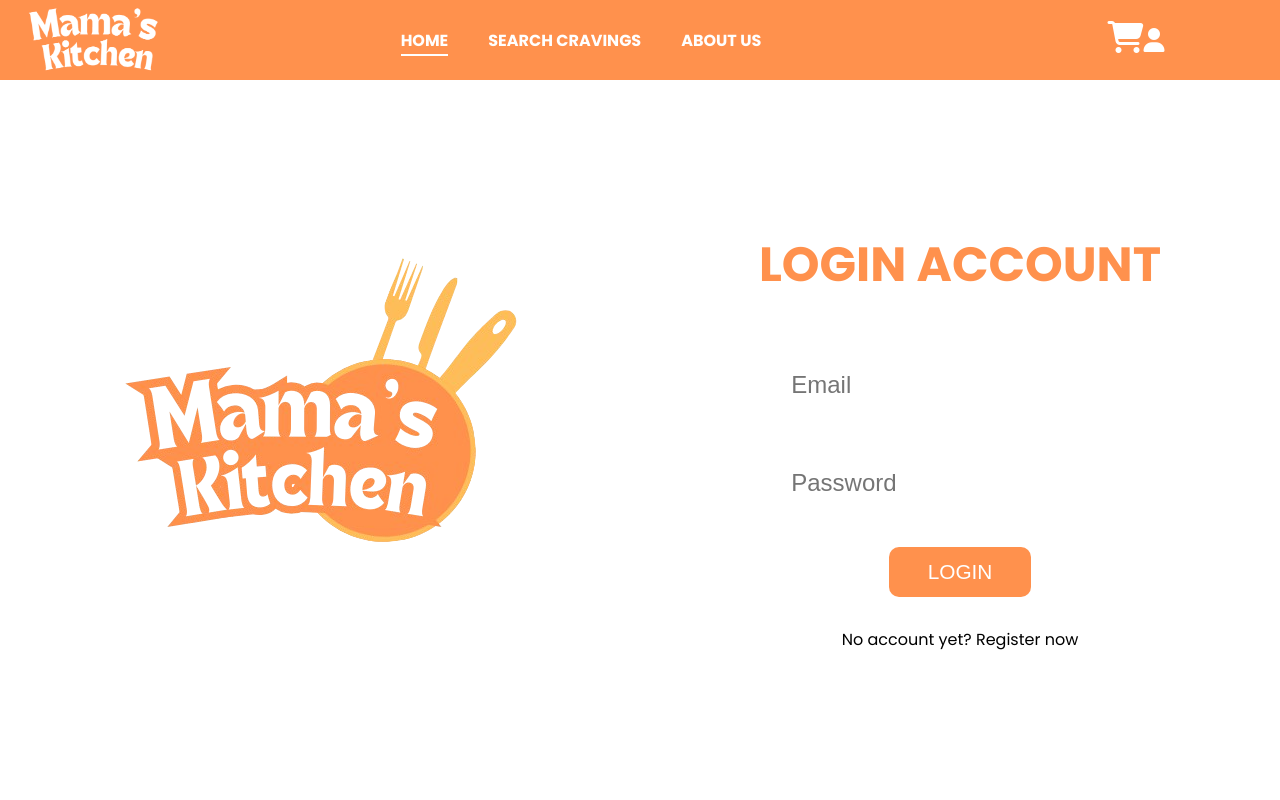
Repository: KarlBautista/mamaskitchen
Page: /login (app in frontend/)
These files come from the project's save history. The page is drawn as it stood at one moment and after a run of saves; the edit follows.
The browser window is 1280 px wide. The pictures show the whole page.
Some web fonts or font styles are not loaded; a fallback is used. Some web libraries are served in a nearby version. The project was rebuilt for these pictures with package versions that can differ from the ones it lists, and the page was loaded fresh each time. Some packages were replaced by stand-ins written for this rebuild. Also part of the build but not shown: frontend/src/components/VideoPlatform.jsx, frontend/src/components/Home.jsx, frontend/src/components/Register.jsx, frontend/src/styles/search-cravings.css, frontend/src/components/SearchCravings.jsx, frontend/src/components/AboutUs.jsx, frontend/src/styles/profile.css, frontend/src/components/Profile.jsx and 3 more. Imported but missing from the stored project, and not drawn on this page: frontend/src/videos/Landing-Video.mp4, frontend/src/videos/jollibee-1.mp4.

Above is the page before, as saved 2025-01-03 22:43:06.

### frontend/public/index.html
<!DOCTYPE html>
<html lang="en">
  <head>
    <meta charset="utf-8" />
    <link rel="icon" href="%PUBLIC_URL%/favicon.ico" />
    <link rel="stylesheet" href="https://cdnjs.cloudflare.com/ajax/libs/font-awesome/6.6.0/css/all.min.css" integrity="sha512-Kc323vGBEqzTmouAECnVceyQqyqdsSiqLQISBL29aUW4U/M7pSPA/gEUZQqv1cwx4OnYxTxve5UMg5GT6L4JJg==" crossorigin="anonymous" referrerpolicy="no-referrer" />
    <meta name="viewport" content="width=device-width, initial-scale=1" />

    <meta name="theme-color" content="#000000" />
    <meta
      name="description"
      content="Web site created using create-react-app"
    />
    <link rel="apple-touch-icon" href="%PUBLIC_URL%/logo192.png" />
    <!--
      manifest.json provides metadata used when your web app is installed on a
      user's mobile device or desktop. See https://developers.google.com/web/fundamentals/web-app-manifest/
    -->
    <link rel="manifest" href="%PUBLIC_URL%/manifest.json" />
    <!--
      Notice the use of %PUBLIC_URL% in the tags above.
      It will be replaced with the URL of the `public` folder during the build.
      Only files inside the `public` folder can be referenced from the HTML.

      Unlike "/favicon.ico" or "favicon.ico", "%PUBLIC_URL%/favicon.ico" will
      work correctly both with client-side routing and a non-root public URL.
      Learn how to configure a non-root public URL by running `npm run build`.
    -->
    <title>React App</title>
  </head>
  <body>
    <noscript>You need to enable JavaScript to run this app.</noscript>
    <div id="root"></div>
    <!--
      This HTML file is a template.
      If you open it directly in the browser, you will see an empty page.

      You can add webfonts, meta tags, or analytics to this file.
      The build step will place the bundled scripts into the <body> tag.

      To begin the development, run `npm start` or `yarn start`.
      To create a production bundle, use `npm run build` or `yarn build`.
    -->
  </body>
</html>

### frontend/src/contexts/UserContext.jsx
import React, { createContext, useContext, useState, useEffect } from "react";

// Create a Context for the user
export const UserContext = createContext();

// Custom hook to use the UserContext
export const useUserContext = () => {
    const context = useContext(UserContext);
    if (!context) {
        throw new Error("useUserContext must be used within a UserProvider");
    }
    return context;
};

export const UserProvider = ({ children }) => {
    const [user, setUser] = useState(null);
    const [cart, setCart] = useState([]);

    // Check localStorage for user data and cart data on initial load
    useEffect(() => {
        const storedUser = JSON.parse(localStorage.getItem("user"));
        const storedCart = JSON.parse(localStorage.getItem("cart")) || [];
        if (storedUser) {
            setUser(storedUser);
        }
        setCart(storedCart);
    }, []);

    const login = (userData) => {
        setUser(userData);
        localStorage.setItem("user", JSON.stringify(userData));
    };

    const logout = () => {
        setUser(null);
        localStorage.removeItem("user");
        clearCart();
    };

    const addToCart = (item) => {
        setCart((prevCart) => {
            const updatedCart = [...prevCart, item];
            localStorage.setItem("cart", JSON.stringify(updatedCart));
            return updatedCart;
        });
    };

    const clearCart = () => {
        setCart([]);
        localStorage.removeItem("cart");
    };

    return (
        <UserContext.Provider value={{ user, login, logout, cart, setCart, addToCart, clearCart }}>
        {children}
    </UserContext.Provider>
    );
};

### frontend/src/components/Header.jsx
import "../styles/header.css";
import { Link, useNavigate } from "react-router-dom";
import { useContext, useState, useEffect } from "react";
import { UserContext } from "../contexts/UserContext"; // Import the context
import headerlogo from "../images/Header-Logo.png";
import headerLogoScroll from "../images/Header-Logo-Scroll.png";

function Header() {
    const { user, logout } = useContext(UserContext); // Use context to get user data
    const [activeLink, setActiveLink] = useState('/');
    const [isScrolled, setIsScrolled] = useState(false);
    const [showHeader, setShowHeader] = useState(true);
    const [isDropdownOpen, setIsDropdownOpen] = useState(false);

    const navigate = useNavigate();

    useEffect(() => {
        let lastScrollY = window.scrollY;

        const handleScroll = () => {
            const currentScrollY = window.scrollY;
            if (currentScrollY > lastScrollY && currentScrollY > 50) {
                setShowHeader(false);
            } else if (currentScrollY < lastScrollY) {
                setShowHeader(true);
            }
            setIsScrolled(currentScrollY > 50);
            lastScrollY = currentScrollY;
        };

        window.addEventListener("scroll", handleScroll);
        return () => window.removeEventListener("scroll", handleScroll);
    }, []);

    const handleLinkClick = (link) => {
        setActiveLink(link);
        setIsDropdownOpen(false);
    };

    const toggleDropdown = () => {
        setActiveLink("user");
        setIsDropdownOpen((prev) => !prev);
    };

    const handleAccountSettings = () => {
        setIsDropdownOpen(false);
        navigate("/profile");
    };

    const handleLogout = () => {
        logout();
        setIsDropdownOpen(false);
        navigate("/");
    };

    return (
        <div
            className={`header-container ${
                isScrolled ? "scrolled" : ""
            } ${showHeader ? "visible" : "hidden"}`}
        >
            <div className="header-logo">
                <Link to="/">
                    <img
                        src={isScrolled ? headerLogoScroll : headerlogo}
                        alt="Mama's Kitchen Logo"
                        className="header-logo-image"
                    />
                </Link>
            </div>

            <div className="header-links">
                {user?.user_type === "admin" ? (
                    <>
                        <Link
                            to="/adminDashboard"
                            className={activeLink === "/adminDashboard" ? "active" : ""}
                            onClick={() => handleLinkClick("/adminDashboard")}
                        >
                            Dashboard
                        </Link>
                        <Link
                            to="/menu"
                            className={activeLink === "/menu" ? "active" : ""}
                            onClick={() => handleLinkClick("/menu")}
                        >
                            Menu
                        </Link>
                        <Link
                            to="/notifications"
                            className={activeLink === "/notifications" ? "active" : ""}
                            onClick={() => handleLinkClick("/notifications")}
                        >
                            Notifications
                        </Link>
                    </>
                ) : (
                    <>
                        <Link
                            to="/"
                            className={activeLink === "/" ? "active" : ""}
                            onClick={() => handleLinkClick("/")}
                        >
                            Home
                        </Link>
                        <Link
                            to="/search-cravings"
                            className={activeLink === "/search-cravings" ? "active" : ""}
                            onClick={() => handleLinkClick("/search-cravings")}
                        >
                            Search Cravings
                        </Link>
                        <Link
                            to="/about-us"
                            className={activeLink === "/about-us" ? "active" : ""}
                            onClick={() => handleLinkClick("/about-us")}
                        >
                            About Us
                        </Link>

                    </>
                )}
            </div>
            <div className="header-last">
                <div
                    className={`user-dropdown ${
                        activeLink === "user" ? "active" : ""
                    }`}
                >
                     <Link
                            to="/cart"
                            className={activeLink === "/cart" ? "active" : ""}
                            onClick={() => handleLinkClick("/cart")}
                        >
                            <i className="fa-solid fa-cart-shopping bayong"></i>
                        </Link>
                    <i className="fas fa-user" onClick={toggleDropdown}></i>
                    {isDropdownOpen && (
                        <div className="dropdown-content">
                            {user ? (
                                <>
                                    <span
                                        onClick={handleAccountSettings}
                                        className="dropdown-item"
                                    >
                                        Account Settings
                                    </span>
                                    <span
                                        onClick={handleLogout}
                                        className="dropdown-item"
                                    >
                                        Logout
                                    </span>
                                </>
                            ) : (
                                <>
                                    <Link
                                        to="/login"
                                        onClick={() => handleLinkClick("/login")}
                                        className="dropdown-item"
                                    >
                                        Login
                                    </Link>
                                    <Link
                                        to="/register"
                                        onClick={() =>
                                            handleLinkClick("/register")
                                        }
                                        className="dropdown-item"
                                    >
                                        Register
                                    </Link>
                                </>
                            )}
                        </div>
                    )}
                </div>
            </div>
        </div>
    );
}

export default Header;

### frontend/src/components/Login.jsx
import "../styles/register.css";
import Foodly from "../images/Foodly.png";
import React, { useState } from "react";
import { useNavigate } from "react-router-dom";
import axios from "axios";
import Swal from "sweetalert2";
import { useUserContext } from "../contexts/UserContext";

function Login() {
    const { login } = useUserContext();
    const [customer, setCustomer] = useState({
        email: "",
        password: "",
    });

    const navigate = useNavigate();

    const handleChange = (e) => {
        setCustomer((prev) => ({ ...prev, [e.target.name]: e.target.value }));
    };

    const handleClick = async (e) => {
        e.preventDefault();



        try {
            const response = await axios.post("http://localhost:8800/login", customer);

            if (response.data.success) {
                const user = response.data.user; // Logged-in user's data
                if(user.user_type === "admin"){
                    Swal.fire({
                        position: "center",
                        icon: "success",
                        title: `Welcome back, ${user.first_name}!`,
                        showConfirmButton: false,
                        timer: 2000,
                    });

                    login(user);
                    navigate("/adminDashboard");


                }

                Swal.fire({
                    position: "center",
                    icon: "success",
                    title: `Welcome back, ${user.first_name}!`,
                    showConfirmButton: false,
                    timer: 2000,
                });



                // Save logged-in user info in context and localStorage
                login(user);

                // Redirect user to the profile page
                navigate("/profile");
            } else {
                Swal.fire({
                    position: "center",
                    icon: "error",
                    title: "Invalid email or password.",
                    showConfirmButton: false,
                    timer: 2000,
                });
            }
        } catch (err) {
            Swal.fire({
                position: "center",
                icon: "error",
                title: "Server error. Please try again.",
                showConfirmButton: false,
                timer: 2000,
            });
            console.error(err);
        }
    };

    return (
        <div className="register-container">
            <div className="left-container">
                <img src={Foodly} alt="Foodly Logo" />
            </div>
            <div className="right-container">
                <div className="register-form">
                    <p className="register-title">Login Account</p>
                    <form className="registration">
                        <input
                            type="email"
                            placeholder="Email"
                            onChange={handleChange}
                            name="email"
                            value={customer.email}
                        />
                        <input
                            type="password"
                            placeholder="Password"
                            onChange={handleChange}
                            name="password"
                            value={customer.password}
                        />
                        <button type="button" onClick={handleClick}>
                            Login
                        </button>
                        <p>
                            No account yet? <span>Register now</span>
                        </p>
                    </form>
                </div>
            </div>
        </div>
    );
}

export default Login;

### frontend/src/styles/register.css
@import url('https://fonts.googleapis.com/css2?family=Allura&family=Great+Vibes&family=Inter:ital,opsz,wght@0,14..32,100..900;1,14..32,100..900&family=Lato:ital,wght@0,100;0,300;0,400;0,700;0,900;1,100;1,300;1,400;1,700;1,900&family=Lobster+Two:ital,wght@0,400;0,700;1,400;1,700&family=Poppins:ital,wght@0,100;0,200;0,300;0,400;0,500;0,600;0,700;0,800;0,900;1,100;1,200;1,300;1,400;1,500;1,600;1,700;1,800;1,900&family=Romanesco&display=swap');


*{
    margin: 0;
    padding: 0;
    box-sizing: border-box;

}

html, body{

}
.register-container {
    height: 100vh;
    width: 100%;
    background-color: white;
    display: flex;

    flex-wrap: nowrap; /* Prevent wrapping */
}


.left-container{
    width: 50%;

    height: 100%;
    display: flex;
    align-items: center;
    justify-content: center;


}

.right-container{

    width: 50%;
    height: 100%;
    display: flex;
    justify-content: center;
    align-items: center;
    font-family: "Poppins", sans-serif;

}

img{
    width: 500px;
    height: 500px;

}

.register-form{

    width: 80%;
    height: 80%;

    border-radius: 15px;
    display: flex;
    flex-direction: column;
    align-items: center;
    justify-content: center;
    padding: 20px;

    gap: 50px;

}

.register-form .register-title{


    font-size: 3rem;
    font-weight: bold;
    color:#FF914D;
    text-transform: uppercase;
}

.registration{

    display: flex;
    flex-direction: column;
    gap: 30px;
    width: 100%;
    align-items: center;
}

.registration input{
    width: 80%;
    font-size: 1.5rem;
    border-radius: 15px;
    padding: 20px;
    border: none;
}

.registration button{
    width: 30%;
    border: none;
    border-radius: 10px;
    height: 50px;
    font-size: 1.3rem;
    background-color:#FF914D;
    color: white;
    text-transform: uppercase;
    cursor: pointer;
}


/* Apply same styling to the select element as the input fields */
.registration select {
    width: 80%;
    font-size: 1.5rem;
    border-radius: 15px;
    padding: 20px;
    border: none;
    background-color: #f9f9f9; /* Ensure consistency in background color */
    color: #333; /* Default text color */
}

/* Style for placeholder text inside the select dropdown */
select[name="gender"] {
    color: #777; /* Gray color for the placeholder text */
    font-style: italic;
}

/* Focus effect for select element */
select[name="gender"]:focus {
    outline: none;
    border: 2px solid #FF914D; /* Apply border color on focus */
}

/* Optional: Hover effect for the select options */
select[name="gender"] option:hover {
    background-color: #f1f1f1; /* Light background on hover */
}

/* Style for the gender option placeholder text */
.selectGender {
    font-style: italic;
    color: #777; /* Placeholder color */
}



/* SweetAlert2 custom styles */
.custom-popup {
    background-color: white; /* Soft background color */
    border-radius: 15px;
    box-shadow: 0 4px 8px rgba(0, 0, 0, 0.2);
    padding: 20px;
}

.custom-popup .swal2-title {
    color: #333;
    font-family: 'Poppins', sans-serif;
    font-size: 1.5em;
}


/* Apply Poppins font to SweetAlert title */
.swal2-title {
    font-family: 'Poppins', sans-serif !important;
  }

  /* If you want to apply it to all SweetAlert content */
  .swal2-html-container {
    font-family: 'Poppins', sans-serif !important;
  }

Loaded but not shown: frontend/src/index.js (common file); frontend/src/index.css (common file); frontend/src/reportWebVitals.js (common file); frontend/src/App.js (36 lines, source omitted); frontend/src/styles/home.css (565 lines, source omitted); frontend/src/styles/header.css (267 lines, source omitted)

After the next 2 saves:
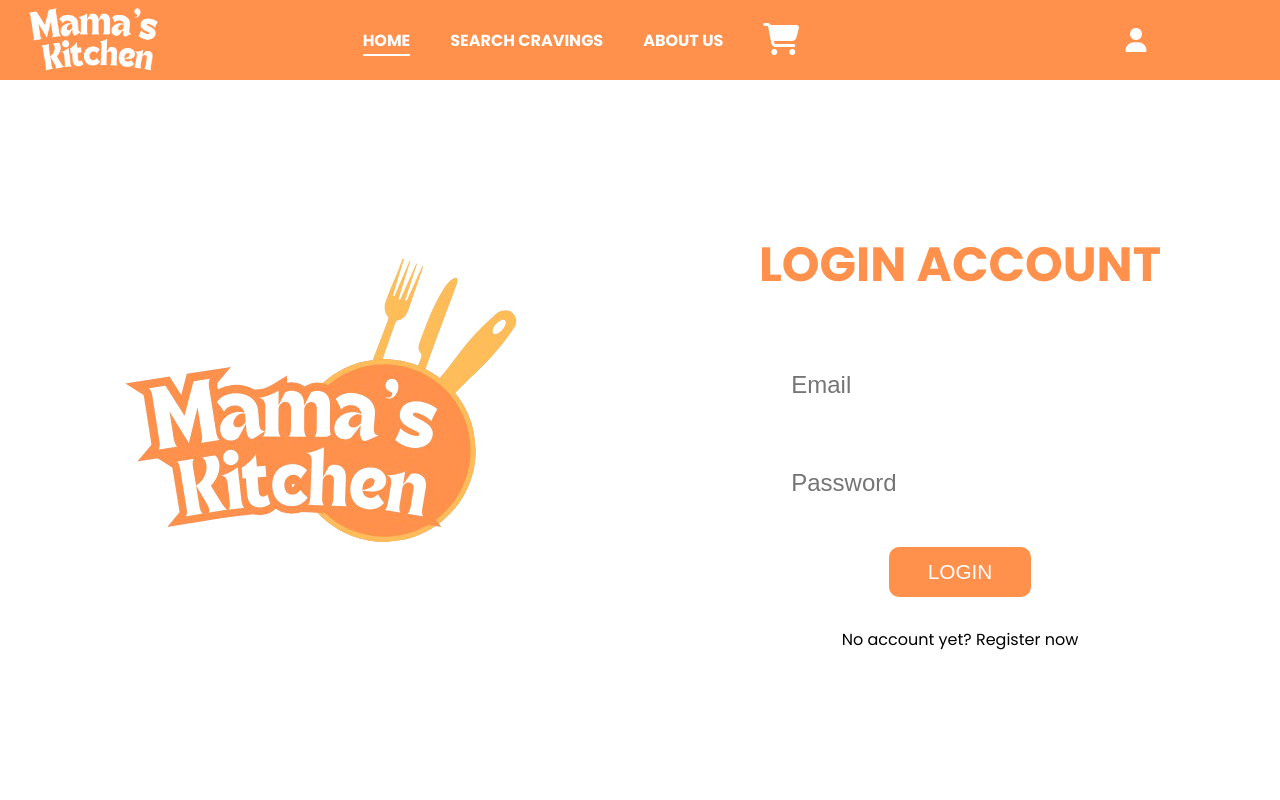
The 2 saves are shown as one change because they came seconds apart.
The last was saved 13 s later.
--- a/frontend/src/components/Header.jsx
+++ b/frontend/src/components/Header.jsx
@@ -117,7 +117,13 @@ function Header() {
                         >
                             About Us
                         </Link>
-
+                        <Link
+                            to="/cart"
+                            className={activeLink === "/cart" ? "active" : ""}
+                            onClick={() => handleLinkClick("/cart")}
+                        >
+                            <i className="fa-solid fa-cart-shopping bayong"></i>
+                        </Link>
                     </>
                 )}
             </div>
@@ -127,13 +133,6 @@ function Header() {
                         activeLink === "user" ? "active" : ""
                     }`}
                 >
-                     <Link
-                            to="/cart"
-                            className={activeLink === "/cart" ? "active" : ""}
-                            onClick={() => handleLinkClick("/cart")}
-                        >
-                            <i className="fa-solid fa-cart-shopping bayong"></i>
-                        </Link>
                     <i className="fas fa-user" onClick={toggleDropdown}></i>
                     {isDropdownOpen && (
                         <div className="dropdown-content">
